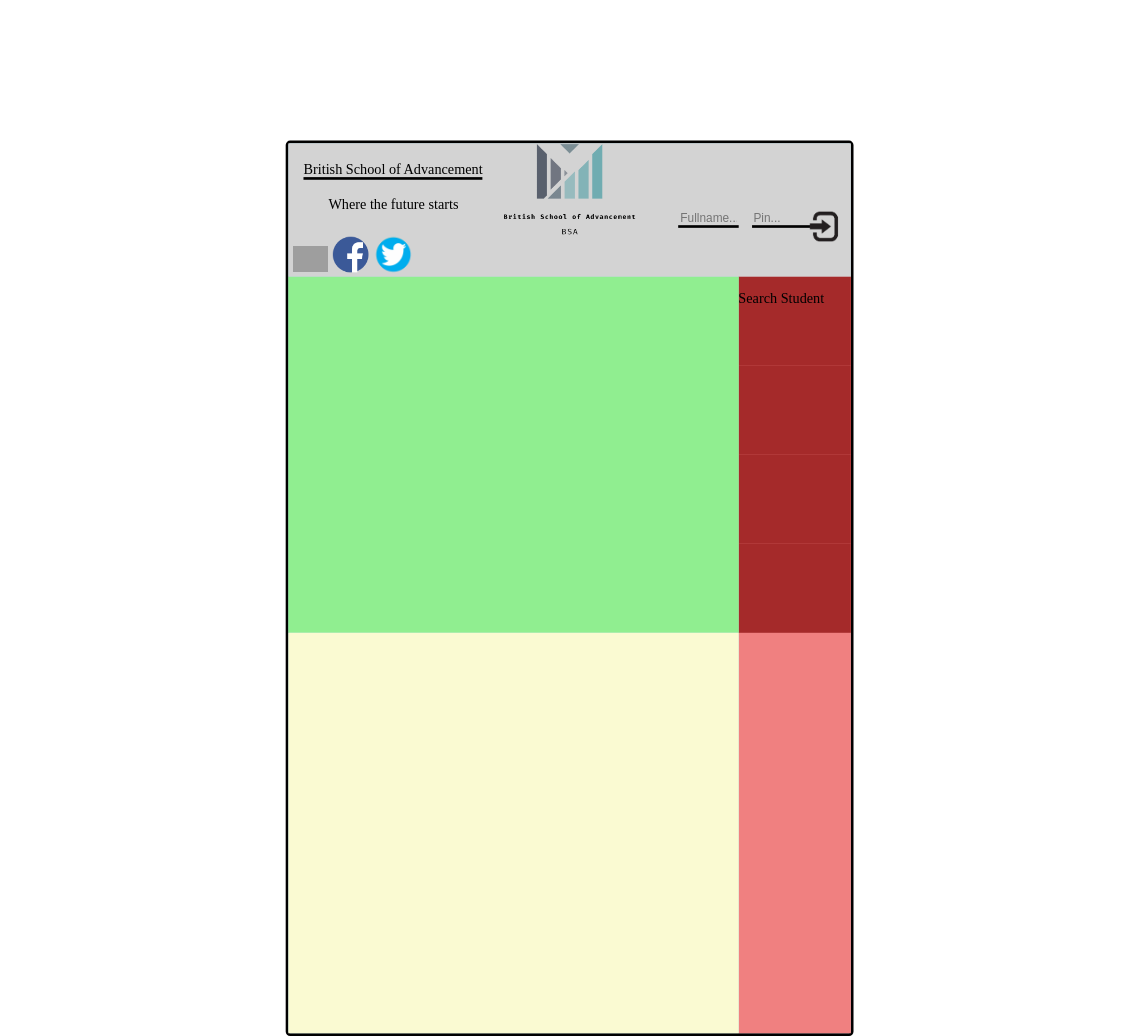
Repository: ghend99/School-app
Page: index.html
An editor plug-in stored every save of this project. The page is shown before and after the next save, followed by the edit.
The browser window is 1280 px wide. The pictures show the whole page, at 89% of full size.
Pictures or frames that could not be fetched are drawn as grey boxes.

Above is the page before, as saved 2023-03-24 13:39:48.

### index.html
<!DOCTYPE html>
<html lang="en">
  <head>
    <meta charset="UTF-8" />
    <meta http-equiv="X-UA-Compatible" content="IE=edge" />
    <meta name="viewport" content="width=device-width, initial-scale=1.0" />
    <title>Document</title>
    <link rel="stylesheet" href="style.css" />
  </head>
  <body>
    <div id="main-container">
      <!-- Header -->
      <div id="header-container">
        <p class="header-school-name">British School of Advancement</p>
        <p class="header-school-slogan">Where the future starts</p>
        <img
          id="header-socials"
          class="header-linkedin"
          src="images/LinkedIn.png"
        />
        <img
          id="header-socials"
          class="header-facebook"
          src="images/Facebook.png"
        />
        <img
          id="header-socials"
          class="header-twitter"
          src="images/Twitter.png"
        />
        <img class="header-logo" src="images/logo.png" />
        <input
          id="header-login"
          class="header-login-fullname"
          type="text"
          placeholder="Fullname..."
        />
        <input
          id="header-login"
          class="header-login-pin"
          type="number"
          placeholder="Pin..."
        />
        <img class="header-login-button" src="images/login-button.png" />
        <img class="header-login-icon" src="images/login.png" />
      </div>

      <!-- Sidebar -->
      <div id="sidebar-container">
        <div id="sidebar-link">
          <p class="sidebar-link-header">Search Student</p>
        </div>
        <div id="sidebar-link"></div>
        <div id="sidebar-link"></div>
        <div id="sidebar-link"></div>
      </div>

      <!-- Student Information Container -->
      <div id="student-information-container"></div>

      <!-- Student Management Container -->
      <div id="student-management-container"></div>
    </div>

    <!-- Login Container -->
    <div id="login-container"></div>

    <div id="create-account-container"></div>

    <script src="main.js"></script>
  </body>
</html>

### style.css
#main-container {
  position: relative;
  max-width: 50%;
  min-width: 400px;
  height: 70vh;
  min-height: 1000px;
  top: 150px;
  margin-left: auto;
  margin-right: auto;
  background-color: lightblue;
  border: solid;
  border-radius: 5px;
}

#header-container {
  position: relative;
  width: 100%;
  max-height: 15%;
  min-height: 150px;
  background-color: lightgray;
}

.header-school-name {
  position: absolute;
  top: 20px;
  left: 17px;
  font-size: clamp(1rem, 1vw, 2rem);
  border-bottom: solid;
  margin: 0;
}

.header-school-slogan {
  position: absolute;
  top: clamp(5%, 60px, 80px);

  left: clamp(45px, 5%, 70px);
  font-size: clamp(0.9rem, 1.5vw, 1rem);
  margin: 0;
}

#header-socials {
  position: absolute;
  width: 40px;
  bottom: 5px;
}

.header-linkedin {
  left: 5px;
}

.header-facebook {
  left: clamp(50px, 7%, 60px);
}

.header-twitter {
  left: clamp(98px, 9%, 110px);
}

.header-logo {
  margin-left: auto;
  margin-right: auto;
  display: block;
  width: 150px;
  height: 100%;
}

#header-login {
  position: absolute;
  max-width: 10%;
  min-width: 5%;
  top: 50%;
  margin: 0;
  background-color: transparent;
  text-decoration: none;
  border: none;
  border-bottom: solid;
  outline: none;
}

.header-login-fullname {
  right: 20%;
}

.header-login-pin {
  right: 7%;
}

.header-login-button {
  position: absolute;
  right: 5px;
  width: 50px;
  top: 45%;
}

.header-login-icon {
  display: none;
}
#sidebar-container {
  position: absolute;
  max-width: 30%;
  min-width: 20%;
  height: 85%;
  right: 0;
  flex-direction: column;
  background-color: lightcoral;
}

#sidebar-link {
  position: relative;
  width: 100%;
  height: 100px;
  background-color: brown;
}

.sidebar-link-header {
  position: absolute;
  display: block;
  margin-left: auto;
  margin-right: auto;
}

#student-information-container {
  position: relative;
  max-width: 80%;
  min-width: 50%;
  height: 40%;
  top: 0;
  background-color: lightgreen;
}

#student-management-container {
  position: relative;
  max-width: 80%;
  min-width: 50%;
  height: 45%;
  bottom: 0;
  background-color: lightgoldenrodyellow;
}

#login-container {
  position: absolute;
  top: 50%;
  left: 50%;
  transform: translate(-50%, -50%);
  max-width: 70%;
  min-width: 400px;
  height: 40vh;
  opacity: 0;
  background-color: aliceblue;
}

#create-account-container {
  position: absolute;
  top: 50%;
  left: 50%;
  transform: translate(-50%, -50%);
  max-width: 70%;
  min-width: 420px;
  height: 50vh;
  opacity: 0;
  background-color: aliceblue;
}

@media screen and (min-width: 0) and (max-width: 1200px) {
  .header-school-slogan {
    top: 50px;
  }

  .header-logo {
    display: none;
  }

  #header-login {
    display: none;
  }

  .header-login-button {
    display: none;
  }

  .header-login-icon {
    position: absolute;
    display: flex;
    right: 5px;
    width: 50px;
    top: 45%;
  }
}

Loaded but not shown: js/main.js (no copy from this time; the picture is the same without it)

After the next save:
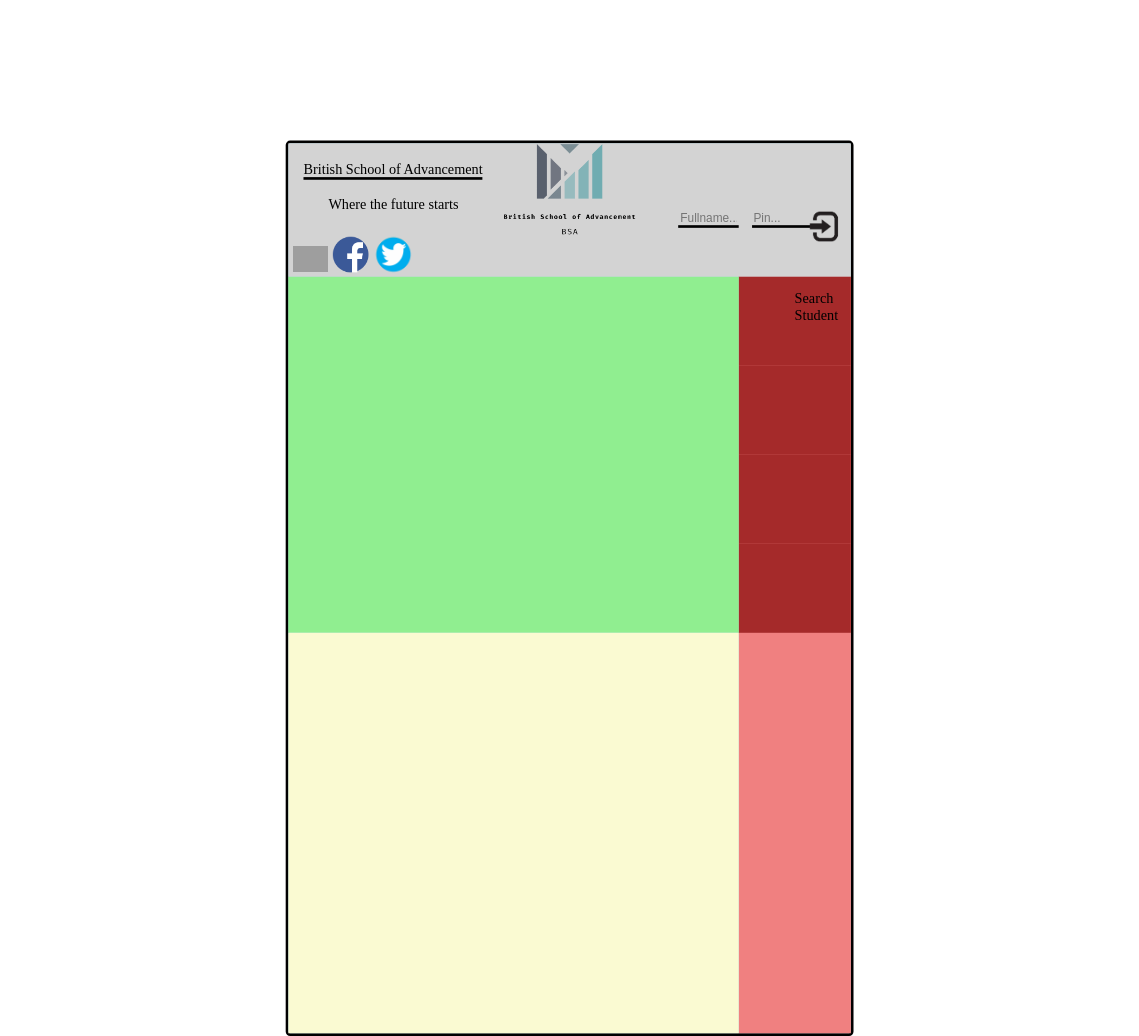
Saved 20 s later.
--- a/style.css
+++ b/style.css
@@ -114,9 +114,7 @@
 
 .sidebar-link-header {
   position: absolute;
-  display: block;
-  margin-left: auto;
-  margin-right: auto;
+  left: 50%;
 }
 
 #student-information-container {

After the save that followed:
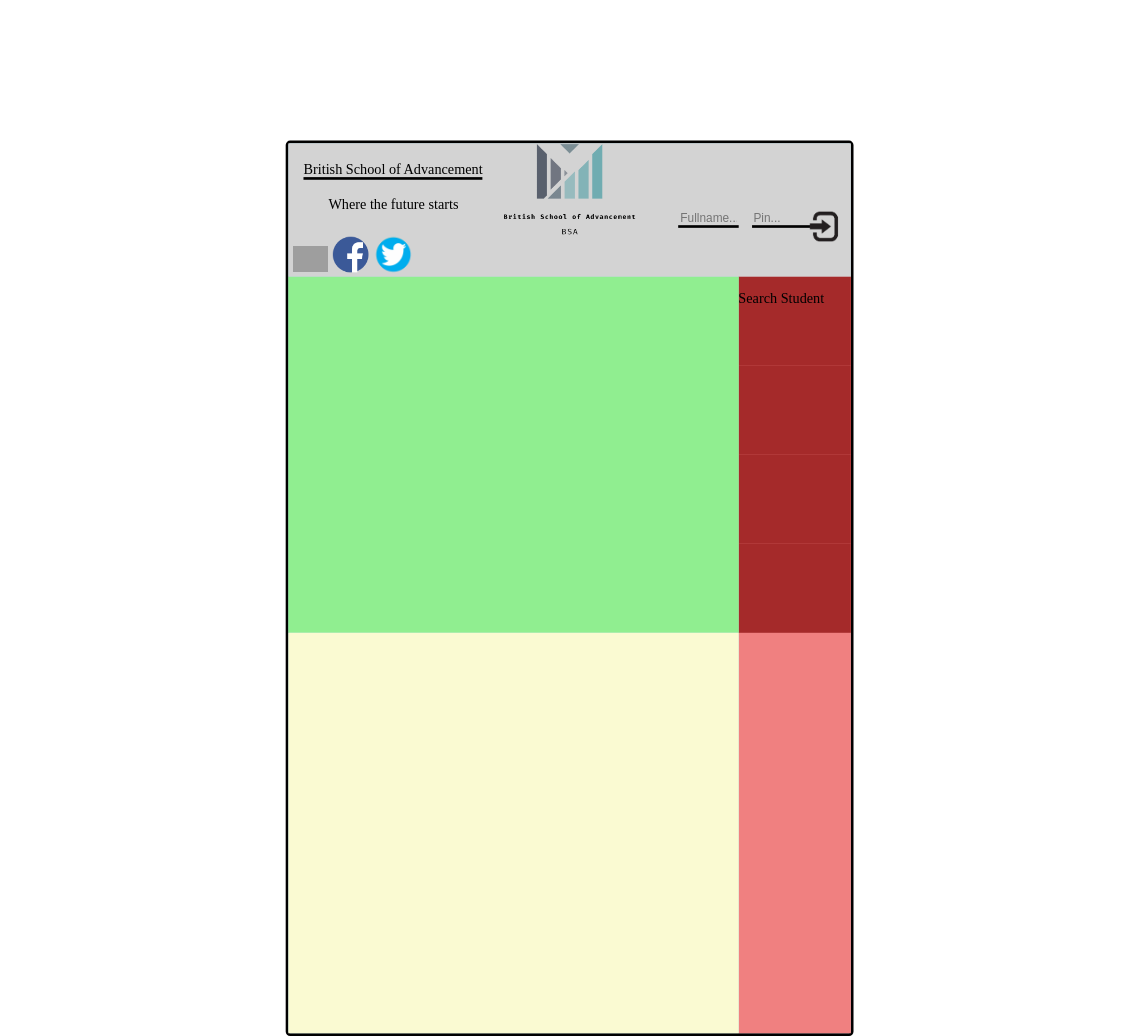
Saved 10 s later.
--- a/style.css
+++ b/style.css
@@ -114,7 +114,7 @@
 
 .sidebar-link-header {
   position: absolute;
-  left: 50%;
+  text-align: center;
 }
 
 #student-information-container {
